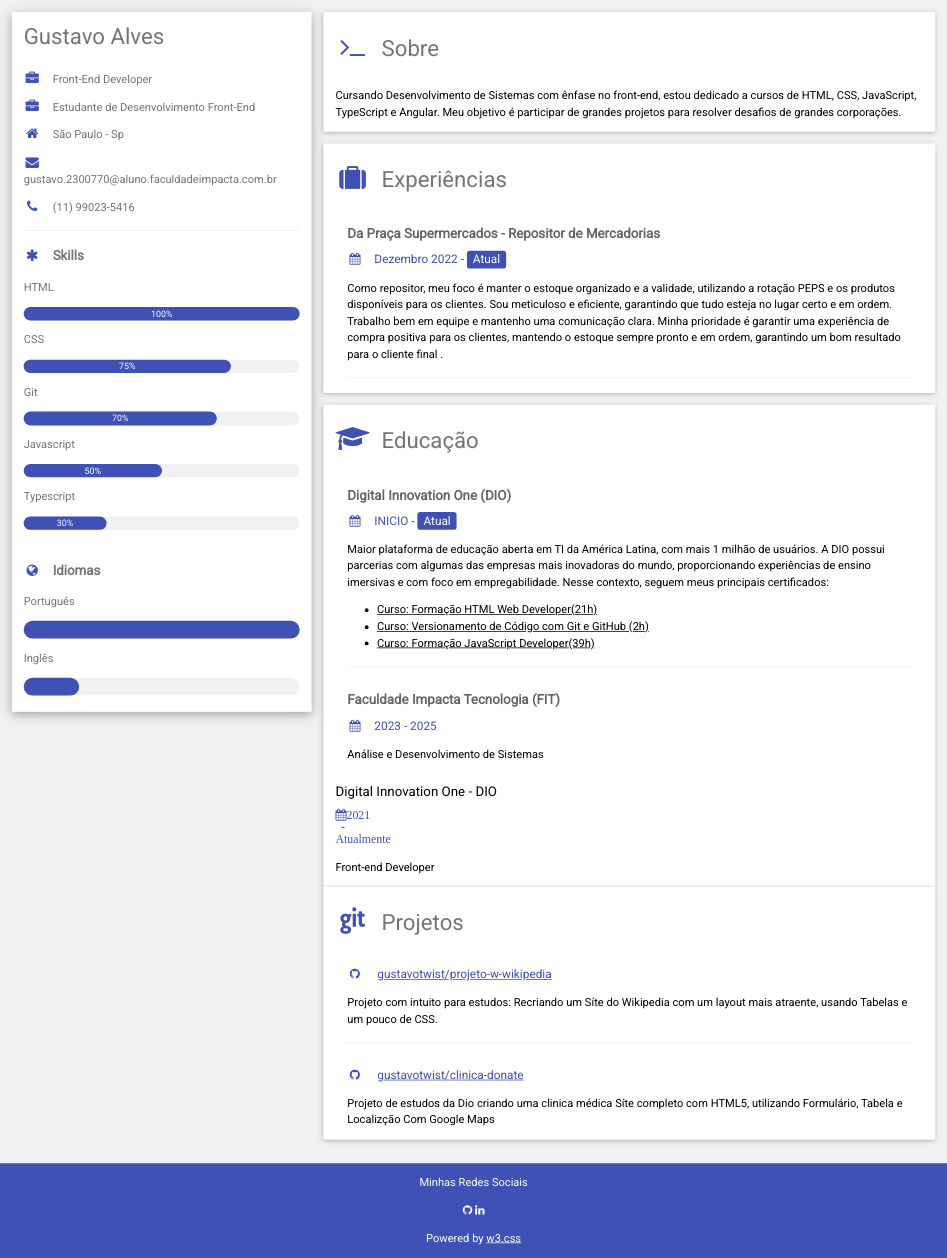
Repository: gustavotwist/cv
Page: index.html
These files come from the project's save history. The page is drawn as it stood at one moment and after the next save; the edit follows.
The browser window is 1280 px wide. The pictures show the whole page, at 74% of full size.

Above is the page before, as saved 2024-06-19 22:10:17.

### index.html
<!DOCTYPE html>
<!-- @falvojr: Reference article https://www.w3schools.com/howto/howto_website_create_resume.asp -->
<!-- @falvojr: Useful link to use fontawesome (fa) icons: https://fontawesome.com/v4/icons/ -->
<html lang="pt-BR">

  <head>
    <title>Gustavo Alves</title>

    <meta http-equiv="Content-Type" content="text/html; charset=UTF-8">
    <meta name="viewport" content="width=device-width, initial-scale=1">

    <link rel="stylesheet" href="https://www.w3schools.com/w3css/4/w3.css">
    <link rel='stylesheet' href='https://fonts.googleapis.com/css?family=Roboto'>
    <link rel="stylesheet" href="https://cdnjs.cloudflare.com/ajax/libs/font-awesome/4.7.0/css/font-awesome.min.css">

    <style>
      html,body,h1,h2,h3,h4,h5,h6 {font-family: "Roboto", sans-serif}
    </style>

  </head>

  <body class="w3-light-grey" cz-shortcut-listen="true">

    <!-- Page Container -->
    <div class="w3-content w3-margin-top" style="max-width:1400px;">

      <!-- The Grid -->
      <div class="w3-row-padding">

        <!-- Left Column -->
        <div class="w3-third">

          <div class="w3-white w3-text-grey w3-card-4">
            <!-- @falvojr: This container has been modified to not use a profile picture. -->
            <div class="w3-container">
              <h2>Gustavo Alves</h2>
            </div>
            <div class="w3-container">
              <p><i class="fa fa-briefcase fa-fw w3-margin-right w3-large w3-text-indigo"></i>Front-End Developer</p>
              <p><i class="fa fa-briefcase fa-fw w3-margin-right w3-large w3-text-indigo"></i>Estudante de Desenvolvimento Front-End</p>
              <p><i class="fa fa-home fa-fw w3-margin-right w3-large w3-text-indigo"></i>São Paulo - Sp</p>
              <p><i class="fa fa-envelope fa-fw w3-margin-right w3-large w3-text-indigo"></i>gustavo.2300770@aluno.faculdadeimpacta.com.br</p>
              <p><i class="fa fa-phone fa-fw w3-margin-right w3-large w3-text-indigo"></i>(11) 99023-5416</p>
              <hr>

              <p class="w3-large">
                <b><i class="fa fa-asterisk fa-fw w3-margin-right w3-text-indigo"></i>Skills</b>
              </p>
              <p>HTML</p>
              <div class="w3-light-grey w3-round-xlarge w3-small">
                <div class="w3-container w3-center w3-round-xlarge w3-indigo" style="width:100%">100%</div>
              </div>
              <p>CSS</p>
              <div class="w3-light-grey w3-round-xlarge w3-small">
                <div class="w3-container w3-center w3-round-xlarge w3-indigo" style="width:75%">75%</div>
              </div>
              <p>Git</p>
              <div class="w3-light-grey w3-round-xlarge w3-small">
                <div class="w3-container w3-center w3-round-xlarge w3-indigo" style="width:70%">70%</div>
              </div>
              <p>Javascript</p>
              <div class="w3-light-grey w3-round-xlarge w3-small">
                <div class="w3-container w3-center w3-round-xlarge w3-indigo" style="width:50%">50%</div>
              </div>
              <p>Typescript</p>
              <div class="w3-light-grey w3-round-xlarge w3-small">
                <div class="w3-container w3-center w3-round-xlarge w3-indigo" style="width:30%">30%</div>
              </div>
              <br>
              <p class="w3-large w3-text-theme">
                <b><i class="fa fa-globe fa-fw w3-margin-right w3-text-indigo"></i>Idiomas</b>
              </p>
              <p>Português</p>
              <div class="w3-light-grey w3-round-xlarge">
                <div class="w3-round-xlarge w3-indigo" style="height:24px;width:100%"></div>
              </div>
              <p>Inglês</p>
              <div class="w3-light-grey w3-round-xlarge">
                <div class="w3-round-xlarge w3-indigo" style="height:24px;width:20%"></div>
              </div>
              <br>
            </div>
          </div><br>

          <!-- End Left Column -->
        </div>

        <!-- Right Column -->
        <div class="w3-twothird">

          <div class="w3-container w3-card w3-white w3-margin-bottom">
            <h2 class="w3-text-grey w3-padding-16"><i class="fa fa-terminal fa-fw w3-margin-right w3-xxlarge w3-text-indigo"></i>Sobre</h2>
            <p>Cursando Desenvolvimento de Sistemas com ênfase no front-end, estou dedicado a cursos de HTML, CSS, JavaScript, TypeScript e Angular. Meu objetivo é participar de grandes projetos para resolver desafios de grandes corporações.</p>
          </div>

          <div class="w3-container w3-card w3-white w3-margin-bottom">
            <h2 class="w3-text-grey w3-padding-16">
              <i class="fa fa-suitcase fa-fw w3-margin-right w3-xxlarge w3-text-indigo"></i>Experiências
            </h2>
            <div class="w3-container">
              <h5 class="w3-opacity"><b>Da Praça Supermercados - Repositor de Mercadorias</b></h5>
              <h6 class="w3-text-indigo"><i class="fa fa-calendar fa-fw w3-margin-right"></i>Dezembro 2022 - <span class="w3-tag w3-indigo w3-round">Atual</span></h6>
              <p>Como repositor, meu foco é manter o estoque organizado e a validade, utilizando a rotação PEPS e os produtos disponíveis para os clientes. Sou meticuloso e eficiente, garantindo que tudo esteja no lugar certo e em ordem. Trabalho bem em equipe e mantenho uma comunicação clara. Minha prioridade é garantir uma experiência de compra positiva para os clientes, mantendo o estoque sempre pronto e em ordem, garantindo um bom resultado para o cliente final .</p>
              <hr>
            </div>
          </div>

          <div class="w3-container w3-card w3-white">
            <h2 class="w3-text-grey w3-padding-16">
              <i class="fa fa-graduation-cap fa-fw w3-margin-right w3-xxlarge w3-text-indigo"></i>Educação
            </h2>
            <div class="w3-container">
              <h5 class="w3-opacity"><b>Digital Innovation One (DIO)</b></h5>
              <h6 class="w3-text-indigo"><i class="fa fa-calendar fa-fw w3-margin-right"></i>INICIO - <span class="w3-tag w3-indigo w3-round">Atual</span></h6>
              <p>
                Maior plataforma de educação aberta em TI da América Latina, com mais 1 milhão de usuários.
                A DIO possui parcerias com algumas das empresas mais inovadoras do mundo, proporcionando experiências
                de ensino imersivas e com foco em empregabilidade. Nesse contexto, seguem meus principais certificados:
              </p>
              <ul>
                <li><a href="https://www.dio.me/certificate/VDSNYTO5" target="_blank">Curso: Formação HTML Web Developer(21h)</a></li>
                <li><a href="https://www.dio.me/certificate/EA66CA6A" target="_blank">Curso: Versionamento de Código com Git e GitHub (2h)</a></li>
                <li><a href="https://www.dio.me/certificate/OST0WIWG" target="_blank">Curso: Formação JavaScript Developer(39h)</a></li>
              </ul>
              <hr>
            </div>
            <div class="w3-container">
              <h5 class="w3-opacity"><b>Faculdade Impacta Tecnologia (FIT)</b></h5>
              <h6 class="w3-text-indigo"><i class="fa fa-calendar fa-fw w3-margin-right"></i>2023 - 2025</h6>
              <p>Análise e Desenvolvimento de Sistemas</p>
            </div>
            <div>
              <h5 class="title school">Digital Innovation One - DIO</h5>
              <h6 class="w3-text-indigo"><i class="fa fa-calendar fa-fw w3-">2021 - Atualmente</i></h6>
              <p>Front-end Developer</p>

            </div>
          </div>

          <div class="w3-container w3-card w3-white w3-margin-bottom">
            <h2 class="w3-text-grey w3-padding-16">
              <i class="fa fa-git fa-fw w3-margin-right w3-xxlarge w3-text-indigo"></i>Projetos
            </h2>
            <div class="w3-container">
              <h6 class="w3-text-indigo">
                <i class="fa fa-github fa-fw w3-margin-right"></i>
                <a href="https://github.com/gustavotwist/projeto-w-wikipedia" target="_blank">gustavotwist/projeto-w-wikipedia</a>
              </h6>
              <p>Projeto com intuito para estudos: Recriando um Síte do Wikipedia com um layout mais atraente, usando Tabelas e um pouco de CSS.</p>
              <hr>
            </div>
            <div class="w3-container">
              <h6 class="w3-text-indigo">
                <i class="fa fa-github fa-fw w3-margin-right"></i>
                <a href="https://github.com/gustavotwist/clinica-donate" target="_blank">gustavotwist/clinica-donate</a>
              </h6>
              <p>Projeto de estudos da Dio criando uma clinica médica Síte completo com HTML5, utilizando Formulário, Tabela e Localizção Com Google Maps</p>
            </div>
          </div>

          <!-- End Right Column -->
        </div>

        <!-- End Grid -->
      </div>

      <!-- End Page Container -->
    </div>

    <footer class="w3-container w3-indigo w3-center w3-margin-top">
      <p>Minhas Redes Sociais</p>
      <a href="https://github.com/gustavotwist" target="_blank"><i class="fa fa-github w3-hover-opacity"></i></a>
      <a href="https://www.linkedin.com/in/gustavoalves7/" target="_blank"><i class="fa fa-linkedin w3-hover-opacity"></i></a>
      <p>Powered by <a href="https://www.w3schools.com/w3css/default.asp" target="_blank">w3.css</a></p>
    </footer>

  </body>

</html>

After the next save:
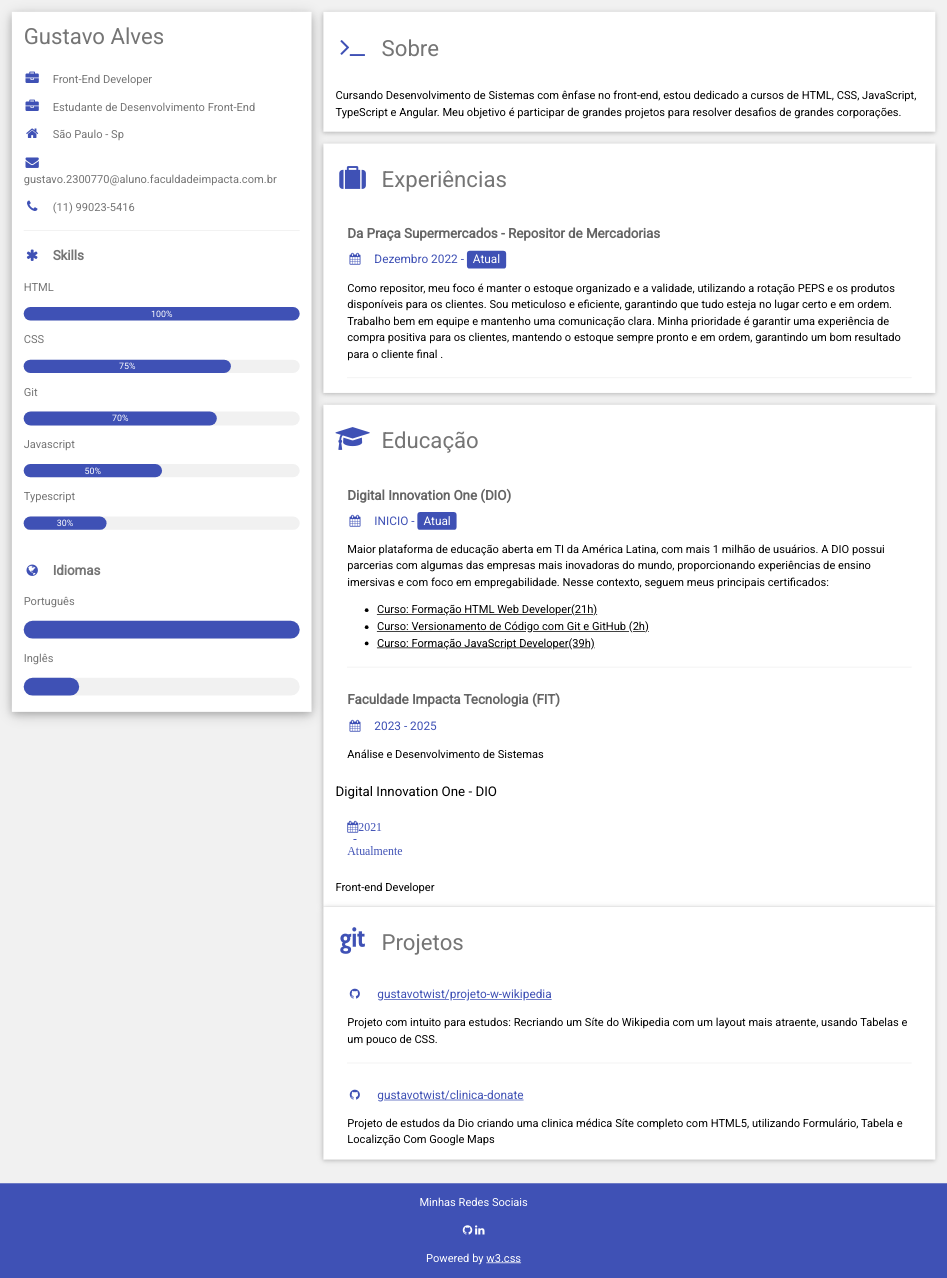
Saved 4 s later.
--- a/index.html
+++ b/index.html
@@ -131,7 +131,7 @@
             </div>
             <div>
               <h5 class="title school">Digital Innovation One - DIO</h5>
-              <h6 class="w3-text-indigo"><i class="fa fa-calendar fa-fw w3-">2021 - Atualmente</i></h6>
+              <h6 class="w3-text-indigo"><i class="fa fa-calendar fa-fw w3-margin">2021 - Atualmente</i></h6>
               <p>Front-end Developer</p>
 
             </div>

After the save that followed:
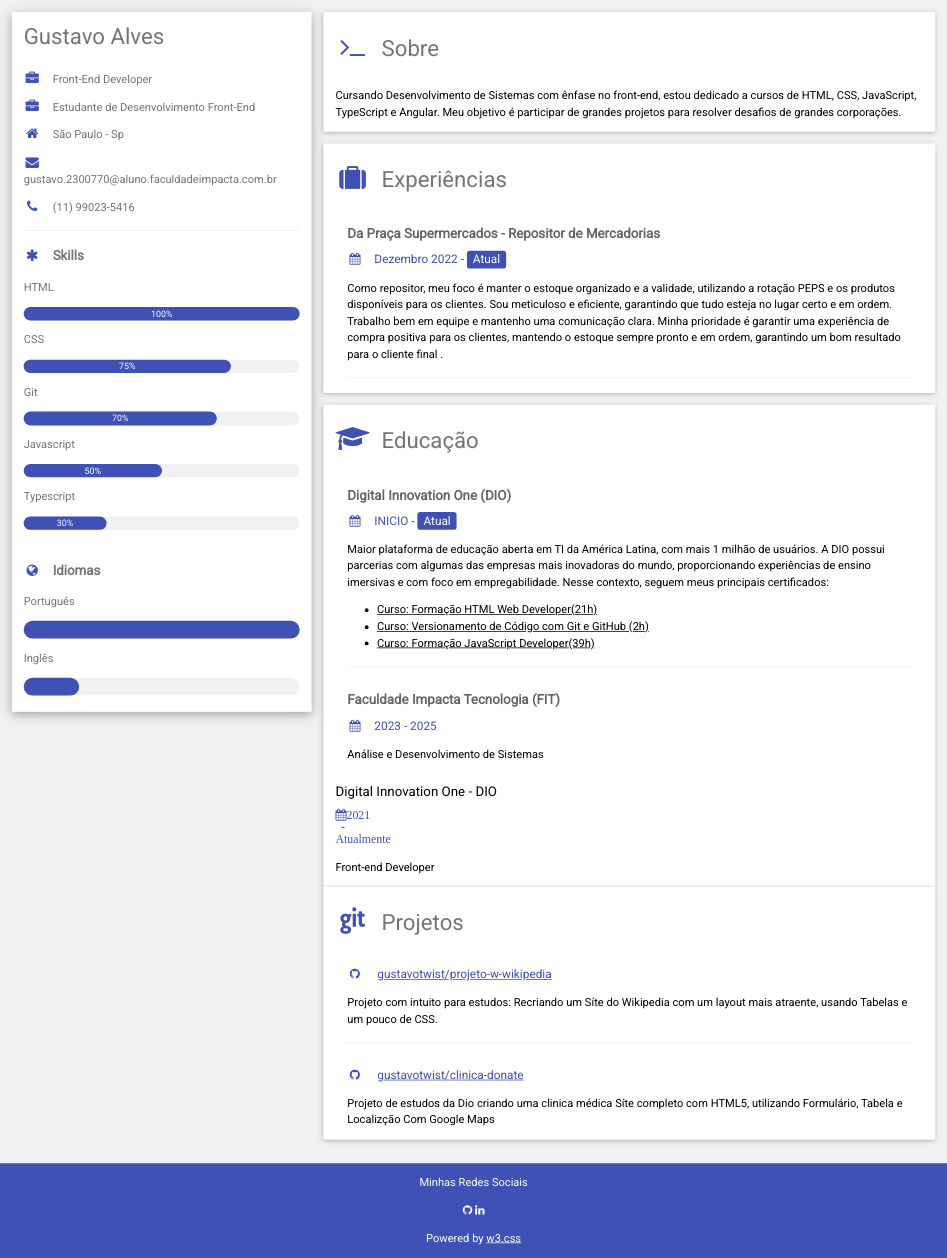
Saved 5 s later.
--- a/index.html
+++ b/index.html
@@ -131,7 +131,7 @@
             </div>
             <div>
               <h5 class="title school">Digital Innovation One - DIO</h5>
-              <h6 class="w3-text-indigo"><i class="fa fa-calendar fa-fw w3-margin">2021 - Atualmente</i></h6>
+              <h6 class="w3-text-indigo"><i class="fa fa-calendar fa-fw w3-margin-right">2021 - Atualmente</i></h6>
               <p>Front-end Developer</p>
 
             </div>
